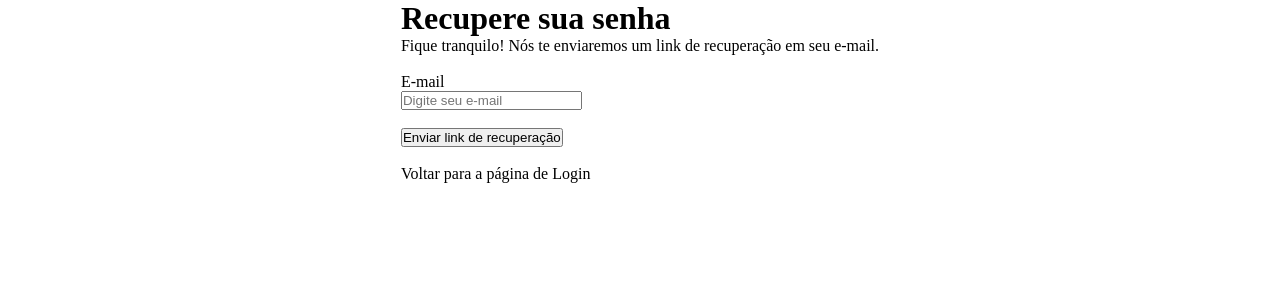
Repository: RenatoCCS/formularios
Page: senha.html
The author's editor kept a copy of each file at every save. The page is drawn from the files as they stood at one save, then again after the next save.
The browser window is 1280 px wide. The pictures show the whole page.

Above is the page before, as saved 2023-03-27 20:24:31.

### senha.html
<!DOCTYPE html>
<html lang="pt-br">
  <head>
    <meta charset="UTF-8" />
    <meta http-equiv="X-UA-Compatible" content="IE=edge" />
    <meta name="viewport" content="width=device-width, initial-scale=1.0" />
    <link rel="stylesheet" href="style.css" />
    <title>Recupere sua senha</title>
  </head>
  <body class="container">
    <form action="" class="form__Login">
      <div>
        <h1>Recupere sua senha</h1>
      </div>

      <div>
        <p>
          Fique tranquilo! Nós te enviaremos um link de recuperação em seu
          e-mail.
        </p>
      </div>
      <br />

      <label for="email">E-mail</label>
      <br />
      <input
        id="email"
        type="email"
        name="email"
        placeholder="Digite seu e-mail"
      />
      <br /><br />

      <button type="submit">Enviar link de recuperação</button>
      <br /><br />

      <p>Voltar para a página de Login</p>
    </form>
  </body>
</html>

### style.css
@import url('https://fonts.googleapis.com/css2?family= Roboto :wght@400;500;700 & display=swap');

* {
  margin: 0;
  padding: 0;
}

:root {
  --primeira-cor: #3f3d56;
  --segunda-cor: #323730;
  --terceira-cor: #abb3a8;
  --quarta-cor: #ffffff;
  --quinta-cor: #3f3f40;
  --sexta-cor: #da2a41;

  --fonte-primaria: 'Roboto', sans-serif;
}

.container {
  display: flex;
  justify-content: center;
}

.form__Cadastro__Titulo {
  position: absolute;
  width: 302px;
  height: 43px;
  left: 569px;
  top: 68px;
  color: var(--primeira-cor);
  font-family: var(--fonte-primaria);
  font-style: normal;
  font-weight: 700;
  font-size: 17px; /*o indicado é 37px, mas se manter quebra a linha*/
  line-height: 43px;
  text-align: center;
}

.nome__Cadastro {
  position: absolute;
  width: 396px;
  height: 69px;
  top: 139px;
  left: 522px;
}

.nome__Cadastro__Nomecompleto {
  position: absolute;
  width: 100px;
  height: 24px;
  top: -6px;
  left: 0px;
  color: var(--segunda-cor);
  font-family: var(--fonte-primaria);
  font-style: normal;
  font-weight: 400;
  font-size: 14px;
  line-height: 24px;
}

.nome__Cadastro__Campo {
  position: absolute;
  width: 163px;
  height: 24px;
  top: 34px;
  left: 14px;
  color: var(--terceira-cor);
  font-family: var(--fonte-primaria);
  font-style: normal;
  font-weight: 400;
  font-size: 14px;
  line-height: 24px;
  padding: 12px 219px 11px 14px;
}

.nome__Cadastro__Campo {
  box-sizing: border-box;
  border: 1px solid;
  position: absolute;
  width: 396px;
  height: 47px;
  top: 22px;
  left: 0%;
  right: 0%;
  top: 31.88%;
  bottom: 0%;
  color: var(--terceira-cor);
  background-color: var(--quarta-cor);
}

.data__Cadastro {
  position: absolute;
  width: 170px;
  height: 74px;
  left: 522px;
  top: 232px;
}

.data__Cadastro__Nascimento {
  position: absolute;
  width: 127px;
  height: 18px;
  top: -2px;
  left: 0px;
  color: var(--quinta-cor);
  font-family: var(--fonte-primaria);
  font-style: normal;
  font-weight: 400;
  font-size: 14px;
  line-height: 24px;
  display: flex;
  align-items: center;
}

.data__Cadastro__Calendario {
  position: absolute;
  width: 83px;
  height: 24px;
  top: 12px;
  left: 14px;
  color: var(--terceira-cor);
  font-family: var(--fonte-primaria);
  font-style: normal;
  font-weight: 400;
  font-size: 14px;
  line-height: 24px;
  display: flex;
  align-items: center;
  padding: 12px 0px 11px 14px;
}

.data__Cadastro__Calendario {
  box-sizing: border-box;
  border: 1px solid;
  position: absolute;
  width: 170px;
  height: 47px;
  top: 22px;
  left: 0%;
  right: 0%;
  top: 31.88%;
  bottom: 0%;
  color: var(--terceira-cor);
  background-color: var(--quarta-cor);
}

.pais__Cadastro {
  position: absolute;
  width: 208px;
  height: 69px;
  top: 230px;
  left: 710px;
}

.pais__Cadastro__Pais {
  position: absolute;
  width: 34px;
  height: 15px;
  top: -2px;
  left: 0px;
  color: var(--segunda-cor);
  font-family: var(--fonte-primaria);
  font-style: normal;
  font-weight: 400;
  font-size: 14px;
  line-height: 24px;
}

.pais__Cadastro__Vermelho {
  position: absolute;
  width: 34px;
  height: 15px;
  top: -2px;
  left: 30px;
  color: var(--sexta-cor);
  font-family: var(--fonte-primaria);
  font-style: normal;
  font-weight: 400;
  font-size: 14px;
  line-height: 24px;
}

.pais__Cadastro__Campo {
  position: absolute;
  width: 66px;
  height: 24px;
  top: 34px;
  left: 14px;
  color: var(--terceira-cor);
  font-family: var(--fonte-primaria);
  font-style: normal;
  font-weight: 400;
  font-size: 14px;
  line-height: 24px;
  padding: 12px 11px 14px;
}

.pais__Cadastro__Campo {
  box-sizing: border-box;
  border: 1px solid;
  position: absolute;
  width: 208px;
  height: 47px;
  top: 24px;
  left: 0%;
  right: 0%;
  top: 31, 88%;
  bottom: 0%;
  color: var(--terceira-cor);
  background-color: var(--quarta-cor);
}

.pais__Cadastro__Campo option {
  position: absolute;
  color: var(--segunda-cor);
  font-family: var(--fonte-primaria);
  font-style: normal;
  font-weight: 400;
  font-size: 14px;
  line-height: 16px;
}

.pais__Cadastro__Seta {
  position: absolute;
  width: 12px;
  height: 6px;
  top: 45px;
  left: 193px;
}

.genero__Cadastro {
  position: absolute;
  width: 386px;
  height: 50px;
  top: 328px;
  left: 522px;
}

.genero__Cadastro__Titulo {
  position: absolute;
  width: 49px;
  height: 24px;
  top: -2px;
  left: 0px;
  color: var(--segunda-cor);
  font-family: var(--fonte-primaria);
  font-style: normal;
  font-weight: 400;
  font-size: 14px;
  line-height: 24px;
}

.genero__Cadastro__Botao1 {
  position: absolute;
  box-sizing: border-box;
  width: 18px;
  height: 18px;
  top: 32px;
  left: 0px;
}

.genero__Cadastro__Feminino {
  position: absolute;
  width: 58px;
  height: 16px;
  top: 32px;
  left: 24px;
  color: var(--segunda-cor);
  font-family: var(--fonte-primaria);
  font-style: normal;
  font-weight: 400;
  font-size: 14px;
  line-height: 16px;
}

.genero__Cadastro__Botao2 {
  position: absolute;
  box-sizing: border-box;
  width: 18px;
  height: 18px;
  top: 32px;
  left: 137px;
}

.genero__Cadastro__Masculino {
  position: absolute;
  width: 65px;
  height: 16px;
  top: 32px;
  left: 161px;
  color: var(--segunda-cor);
  font-family: var(--fonte-primaria);
  font-style: normal;
  font-weight: 400;
  font-size: 14px;
  line-height: 16px;
}

.genero__Cadastro__Botao3 {
  position: absolute;
  box-sizing: border-box;
  width: 18px;
  height: 18px;
  top: 32px;
  left: 282px;
}

.genero__Cadastro__Naodeclarar {
  position: absolute;
  width: 81px;
  height: 16px;
  top: 32px;
  left: 306px;
  color: var(--segunda-cor);
  font-family: var(--fonte-primaria);
  font-style: normal;
  font-weight: 400;
  font-size: 14px;
  line-height: 16px;
}

.email__Cadastro {
  position: absolute;
  width: 396px;
  height: 69px;
  top: 406px;
  left: 522px;
}

.email__Cadastro__Titulo {
  position: absolute;
  width: 40px;
  height: 24px;
  top: -4px;
  left: 0px;
  color: var(--segunda-cor);
  font-family: var(--fonte-primaria);
  font-style: normal;
  font-weight: 400;
  font-size: 14px;
  line-height: 24px;
}

.email__Cadastro__Campo {
  position: absolute;
  width: 104px;
  height: 24px;
  top: 34px;
  left: 14px;
  color: var(--terceira-cor);
  font-family: var(--fonte-primaria);
  font-style: normal;
  font-weight: 400;
  font-size: 14px;
  line-height: 24px;
  padding: 12px 270px 11px 14px;
}

.email__Cadastro__Campo {
  box-sizing: border-box;
  border: 1px solid;
  position: absolute;
  width: 396px;
  height: 47px;
  top: 22px;
  left: 0%;
  right: 0%;
  top: 31.88%;
  bottom: 0%;
  color: var(--terceira-cor);
  background-color: var(--quarta-cor);
}

.senha__Cadastro {
  position: absolute;
  width: 396px;
  height: 75px;
  top: 497px;
  left: 522px;
}

.senha__Cadastro__Titulo {
  position: absolute;
  width: 39px;
  height: 24px;
  top: -4px;
  left: 0px;
  color: var(--segunda-cor);
  font-family: var(--fonte-primaria);
  font-style: normal;
  font-weight: 400;
  font-size: 14px;
  line-height: 24px;
}

.senha__Cadastro__Campo {
  position: absolute;
  width: 97px;
  height: 24px;
  top: 34px;
  left: 14px;
  color: var(--terceira-cor);
  font-family: var(--fonte-primaria);
  font-style: normal;
  font-weight: 400;
  font-size: 14px;
  line-height: 24px;
  padding: 12px 278px 11px 14px;
}

.senha__Cadastro__Campo {
  box-sizing: border-box;
  border: 1px solid;
  position: absolute;
  width: 396px;
  height: 47px;
  top: 22px;
  left: 0%;
  right: 0%;
  top: 31.88%;
  bottom: 0%;
  color: var(--terceira-cor);
  background-color: var(--quarta-cor);
}

.confirma__Cadastro {
  position: absolute;
  width: 396px;
  height: 75px;
  top: 594px;
  left: 522px;
}

.confirma__Cadastro__Titulo {
  position: absolute;
  width: 126px;
  height: 24px;
  top: -4px;
  left: 0px;
  color: var(--segunda-cor);
  font-family: var(--fonte-primaria);
  font-style: normal;
  font-weight: 400;
  font-size: 14px;
  line-height: 24px;
}

.confirma__Cadastro__Campo {
  position: absolute;
  width: 104px;
  height: 24px;
  top: 34px;
  left: 14px;
  color: var(--terceira-cor);
  font-family: var(--fonte-primaria);
  font-style: normal;
  font-weight: 400;
  font-size: 14px;
  line-height: 24px;
  padding: 12px 276px 11px 14px;
}

.confirma__Cadastro__Campo {
  box-sizing: border-box;
  border: 1px solid;
  position: absolute;
  width: 396px;
  height: 47px;
  top: 22px;
  left: 0%;
  right: 0%;
  top: 31.88%;
  bottom: 0%;
  color: var(--terceira-cor);
  background-color: var(--quarta-cor);
}

.termo__Cadastro {
  position: absolute;
  width: 396px;
  height: 34px;
  top: 697px;
  left: 522px;
}

.termo__Cadastro__Botao {
  position: absolute;
  width: 18px;
  height: 18px;
  top: 0px;
  left: 0px;
  color: var(--segunda-cor);
  font-family: var(--fonte-primaria);
  font-style: normal;
  font-weight: 400;
  font-size: 14px;
  line-height: 24px;
}

.termo__Cadastro__Texto {
  position: absolute;
  width: 368px;
  height: 34px;
  top: -3px;
  left: 30px;
  color: var(--segunda-cor);
  font-family: var(--fonte-primaria);
  font-style: normal;
  font-weight: 400;
  font-size: 14px;
  line-height: 130%;
}

.botao__Cadastro {
  position: absolute;
  width: 396px;
  height: 47px;
  top: 759px;
  left: 522px;
}

.botao__Cadastro__Cadastrar {
  box-sizing: border-box;
  border: 1px solid;
  border-radius: 5px;
  position: absolute;
  width: 396px;
  height: 47px;
  top: 0px;
  background-color: var(--primeira-cor);
}

.botao__Cadastro__Cadastrar {
  color: var(--quarta-cor);
  font-family: var(--fonte-primaria);
  font-style: normal;
  font-weight: 500;
  font-size: 16px;
  line-height: 19px;
  text-align: center;
}

.pergunta__Cadastro {
  position: absolute;
  width: 300px;
  height: 16px;
  top: 834px;
  left: 572px;
  color: var(--segunda-cor);
  font-family: var(--fonte-primaria);
  font-style: normal;
  font-weight: 400;
  font-size: 14px;
  line-height: 16px;
}

/*Inicio da parte Login*/

.form__Login__Titulo {
  position: absolute;
  width: 300px; /*O indicado era 240*/
  height: 43px;
  top: 68px;
  left: 601px;
  color: var(--primeira-cor);
  font-family: var(--fonte-primaria);
  font-style: normal;
  font-weight: 700;
  font-size: 37px;
  line-height: 43px;
  text-align: center;
}

.email__Login {
  position: absolute;
  width: 515px;
  height: 69px;
  top: 142px;
  left: 480px;
}

.email__Login__Titulo {
  position: absolute;
  width: 478px;
  height: 16px;
  top: 0px;
  left: 0px;
  color: var(--segunda-cor);
  font-family: var(--fonte-primaria);
  font-style: normal;
  font-weight: 400;
  font-size: 14px;
  line-height: 16px;
}

.email__Login__Campo {
  position: absolute;
  width: 104px;
  height: 16px;
  top: 38px;
  left: 17px;
  color: var(--terceira-cor);
  font-family: var(--fonte-primaria);
  font-style: normal;
  font-weight: 400;
  font-size: 14px;
  line-height: 16px;
  padding: 16px 390px 15px 17px;
}

.email__Login__Campo {
  box-sizing: border-box;
  border: 1px solid;
  position: absolute;
  width: 515px;
  height: 47px;
  top: 22px;
  left: 0%;
  right: 0%;
  top: 31.88%;
  bottom: 0%;
  color: var(--terceira-cor);
  background-color: var(--quarta-cor);
}

.senha__Login {
  position: absolute;
  width: 515px;
  height: 69px;
  top: 250px;
  left: 480px;
}

.senha__Login__Titulo {
  position: absolute;
  width: 39px;
  height: 16px;
  top: 0px;
  left: 0px;
  color: var(--segunda-cor);
  font-family: var(--fonte-primaria);
  font-style: normal;
  font-weight: 400;
  font-size: 14px;
  line-height: 16px;
}

.senha__Login__Campo {
  position: absolute;
  width: 97px;
  height: 16px;
  top: 288px;
  left: 480px;
  color: var(--terceira-cor);
  font-family: var(--fonte-primaria);
  font-style: normal;
  font-weight: 400;
  font-size: 14px;
  line-height: 16px;
  padding: 16px 390px 15px 17px;
}

.senha__Login__Campo {
  box-sizing: border-box;
  border: 1px solid;
  position: absolute;
  width: 515px;
  height: 47px;
  top: 22px;
  left: 0%;
  right: 0%;
  top: 31.88%;
  bottom: 0%;
  color: var(--terceira-cor);
  background-color: var(--quarta-cor);
}

.conectado__Login__Botao {
  position: absolute;
  width: 18px;
  height: 18px;
  top: 345px;
  left: 480px;
}

.conectado__Login__Texto {
  position: absolute;
  width: 165px;
  height: 16px;
  top: 346px;
  left: 510px;
  color: var(--segunda-cor);
  font-family: var(--fonte-primaria);
  font-style: normal;
  font-weight: 400;
  font-size: 14px;
  line-height: 16px;
}

.conectado__Login__Senha {
  position: absolute;
  width: 150px;
  height: 16px;
  top: 346px;
  left: 844px;
  color: var();
  font-family: var(--fonte-primaria);
  font-style: normal;
  font-weight: 400;
  font-size: 14px;
  line-height: 16px;
}

.botao__Login {
  position: absolute;
  width: 514px;
  height: 47px;
  top: 393px;
  left: 480px;
}

.botao__Entrar__Login {
  position: absolute;
  width: 43px;
  height: 19px;
  top: 14px;
  left: 236px;
  color: var(--quarta-cor);
  font-family: var(--fonte-primaria);
  font-style: normal;
  font-weight: 500;
  font-size: 16px;
  line-height: 19px;
}

.botao__Entrar__Login {
  box-sizing: border-box;
  border: 1px solid;
  position: absolute;
  width: 514px;
  height: 47px;
  top: 22px;
  left: 0%;
  right: 0%;
  top: 0%;
  bottom: 0%;
  color: var(--quarta-cor);
  background-color: var(--primeira-cor);
}

.semConta__Login____Frase {
  position: absolute;
  width: 255px;
  height: 16px;
  top: 472px;
  left: 596px;
  color: var(--segunda-cor);
  font-family: var(--fonte-primaria);
  font-style: normal;
  font-weight: 400;
  font-size: 14px;
  line-height: 16px;
}

/**/

After the next save:
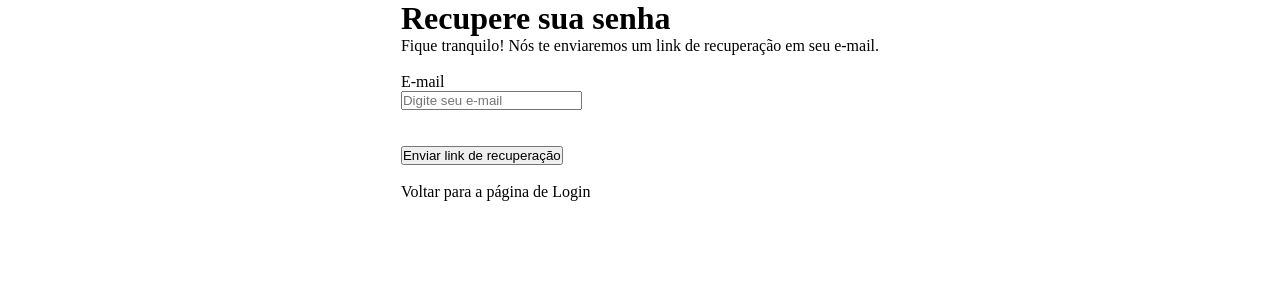
Saved 76 s later.
--- a/senha.html
+++ b/senha.html
@@ -21,14 +21,16 @@
       </div>
       <br />
 
-      <label for="email">E-mail</label>
-      <br />
-      <input
-        id="email"
-        type="email"
-        name="email"
-        placeholder="Digite seu e-mail"
-      />
+      <div>
+        <label for="email">E-mail</label>
+        <br />
+        <input
+          id="email"
+          type="email"
+          name="email"
+          placeholder="Digite seu e-mail"
+        />
+      </div>
       <br /><br />
 
       <button type="submit">Enviar link de recuperação</button>
